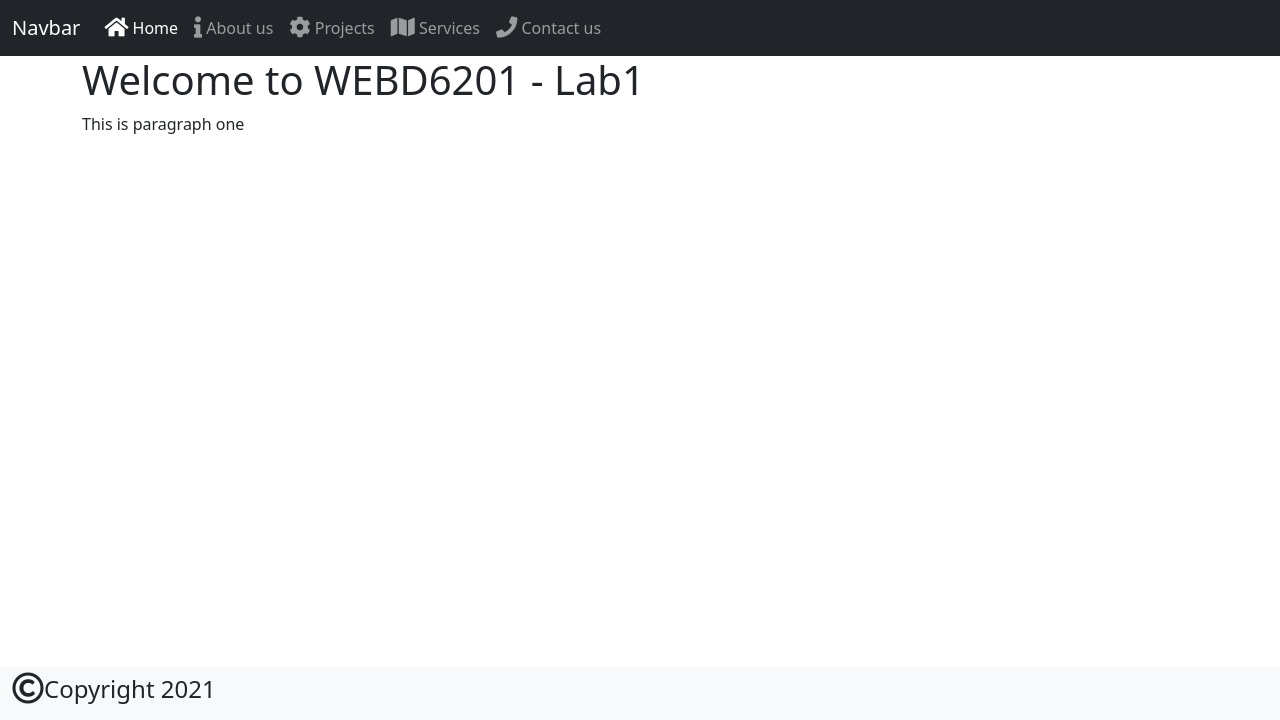
Repository: Hasib001/WEBD6201---W2021---ICE-1
Page: Projects.html
The author's editor kept a copy of each file at every save. The page is drawn from the files as they stood at one save, then again after the next save.
The browser window is 1280 px wide. The pictures show the whole page.

Above is the page before, as saved 2021-02-06 14:30:45.

After the next save:
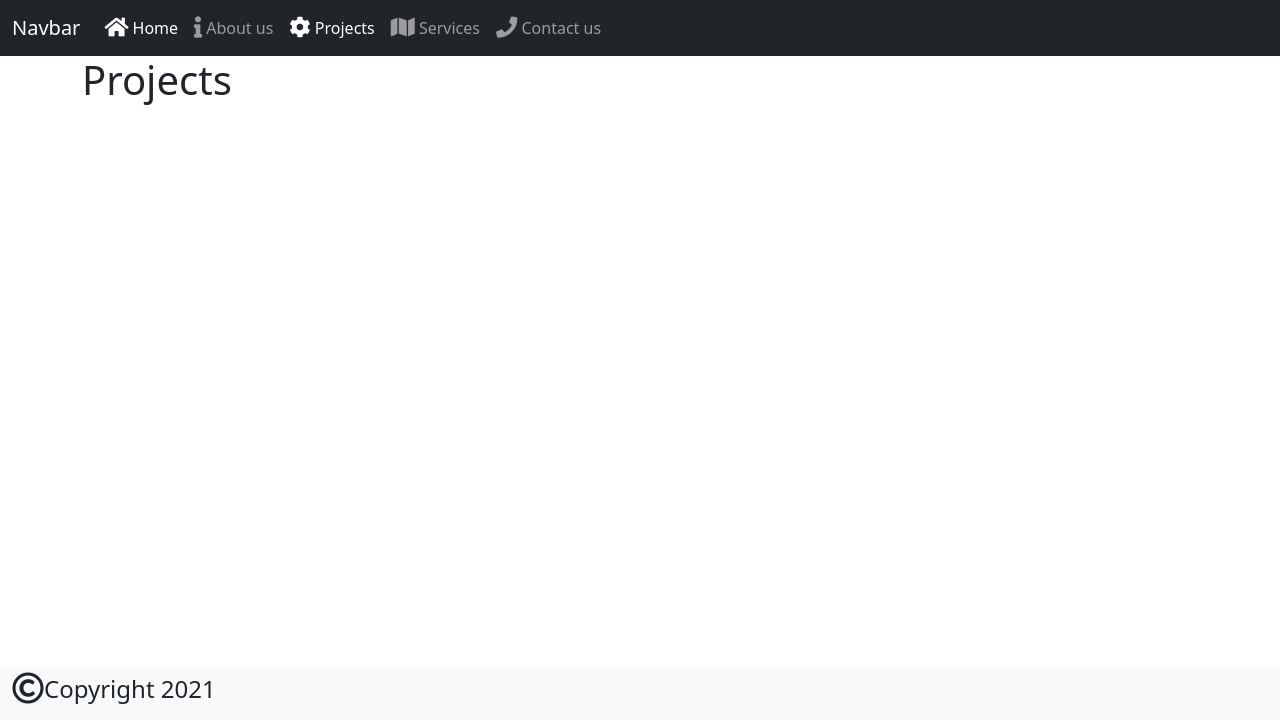
Console error: TypeError: Cannot set properties of null (setting 'textContent')
Saved 9 s later.
--- a/Projects.html
+++ b/Projects.html
@@ -3,14 +3,14 @@
 <head>
     <meta charset="UTF-8">
     <meta name="viewport" content="width=device-width, initial-scale=1.0">
-    <title>WEBD6201 - W2021 - ICE 1</title>
+    <title>Project</title>
     <!--CSS Section -->
     <link rel="stylesheet" href="./node_modules/bootstrap/dist/css/bootstrap.min.css">
     <link rel="stylesheet" href="./node_modules/@fortawesome/fontawesome-free/css/all.css">
     <link rel="stylesheet" href="./Content/app.css" >
 </head>
 <body>
-
+  <!-- navigation-->
     <header>
         <nav class="navbar navbar-expand-lg navbar-dark bg-dark">
             <div class="container-fluid">
@@ -21,23 +21,23 @@
               <div class="collapse navbar-collapse" id="navbarSupportedContent">
                 <ul class="navbar-nav me-auto mb-2 mb-lg-0">
                   <li class="nav-item">
-                    <a class="nav-link active" aria-current="page" href="#"><i class="fas fa-home fa-lg"></i> Home</a>
+                    <a class="nav-link active" aria-current="page" href="index.html"><i class="fas fa-home fa-lg"></i> Home</a>
                   </li>
 
                   <li class="nav-item">
-                    <a class="nav-link" aria-current="page" href="#"><i class="fas fa-info fa-lg"></i> About us</a>
+                    <a class="nav-link" aria-current="page" href="About.html"><i class="fas fa-info fa-lg"></i> About us</a>
                   </li>
 
                   <li class="nav-item">
-                    <a class="nav-link" aria-current="page" href="#"><i class="fas fa-cog fa-lg"></i> Projects</a>
+                    <a class="nav-link active" aria-current="page" href="Projects.html"><i class="fas fa-cog fa-lg"></i> Projects</a>
                   </li>
 
                   <li class="nav-item">
-                    <a class="nav-link" aria-current="page" href="#"><i class="fas fa-map fa-lg"></i> Services</a>
+                    <a class="nav-link" aria-current="page" href="Services.html"><i class="fas fa-map fa-lg"></i> Services</a>
                   </li>
 
                   <li class="nav-item">
-                    <a class="nav-link" aria-current="page" href="#"><i class="fas fa-phone fa-lg"></i> Contact us</a>
+                    <a class="nav-link" aria-current="page" href="Contact.html"><i class="fas fa-phone fa-lg"></i> Contact us</a>
                   </li>
 
                 </ul>
@@ -48,13 +48,14 @@
 
     </header>
 
+    <!--main content-->
     <div>
         <main class="container">
-            <h1>Welcome to WEBD 6201</h1>
-            <p id="paragraphOne"></p>
+            <h1>Projects</h1>
         </main>
     </div>
 
+    <!--main footer-->
     <footer>
         <nav class="navbar fixed-bottom navbar-light bg-light">
             <div class="container-fluid">
